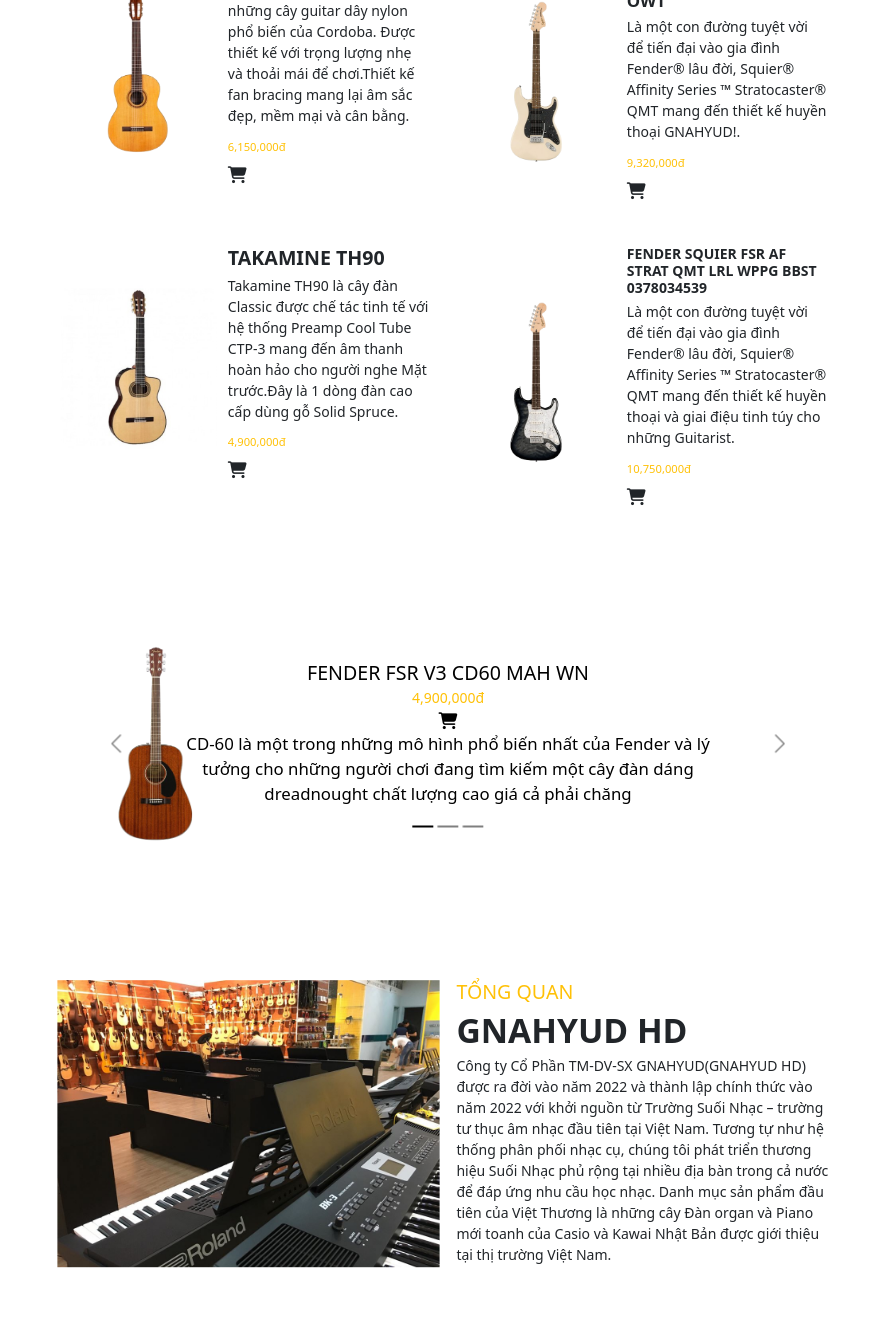
Repository: HoangDuy315/guitar
Page: index.html
These files come from the project's save history. The page is drawn as it stood at one moment and after the next save; the edit follows.
The browser window is 1280 px wide. The pictures show the part of the page from y = 1316 to 3236 px (the page is 4970 px tall), at 70% of full size.
Some web libraries are served in a nearby version.

Above is the page before, as saved 2022-09-17 20:13:15.

After the next save:
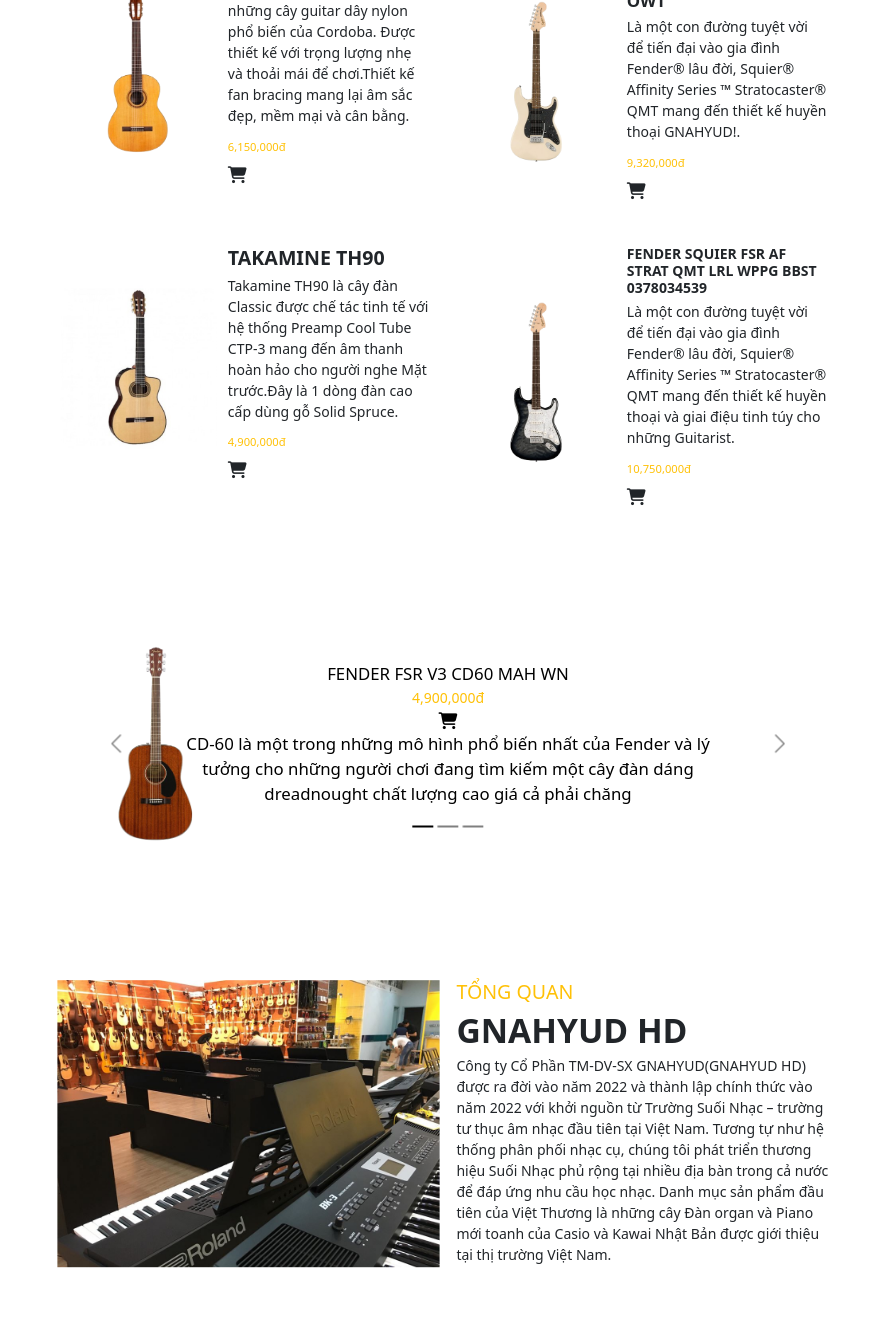
Saved 78 s later.
--- a/index.html
+++ b/index.html
@@ -211,7 +211,7 @@
                         <div class="carousel-item active" data-bs-interval="10000">
                           <img src="./assets/ac1.png" class="d-block w-25 h-25" alt="...">
                           <div class="carousel-caption d-none d-md-block">
-                            <h3>FENDER FSR V3 CD60 MAH WN</h3>
+                            <h3 class="fs-4">FENDER FSR V3 CD60 MAH WN</h3>
                             <h5 class="text-warning">4,900,000đ</h5>
                             <i class="fa-solid fa-cart-shopping fs-4"></i>
                             <p class="fs-4">CD-60 là một trong những mô hình phổ biến nhất của Fender và lý tưởng cho những người chơi đang tìm kiếm một cây đàn dáng dreadnought chất lượng cao giá cả phải chăng</p>
